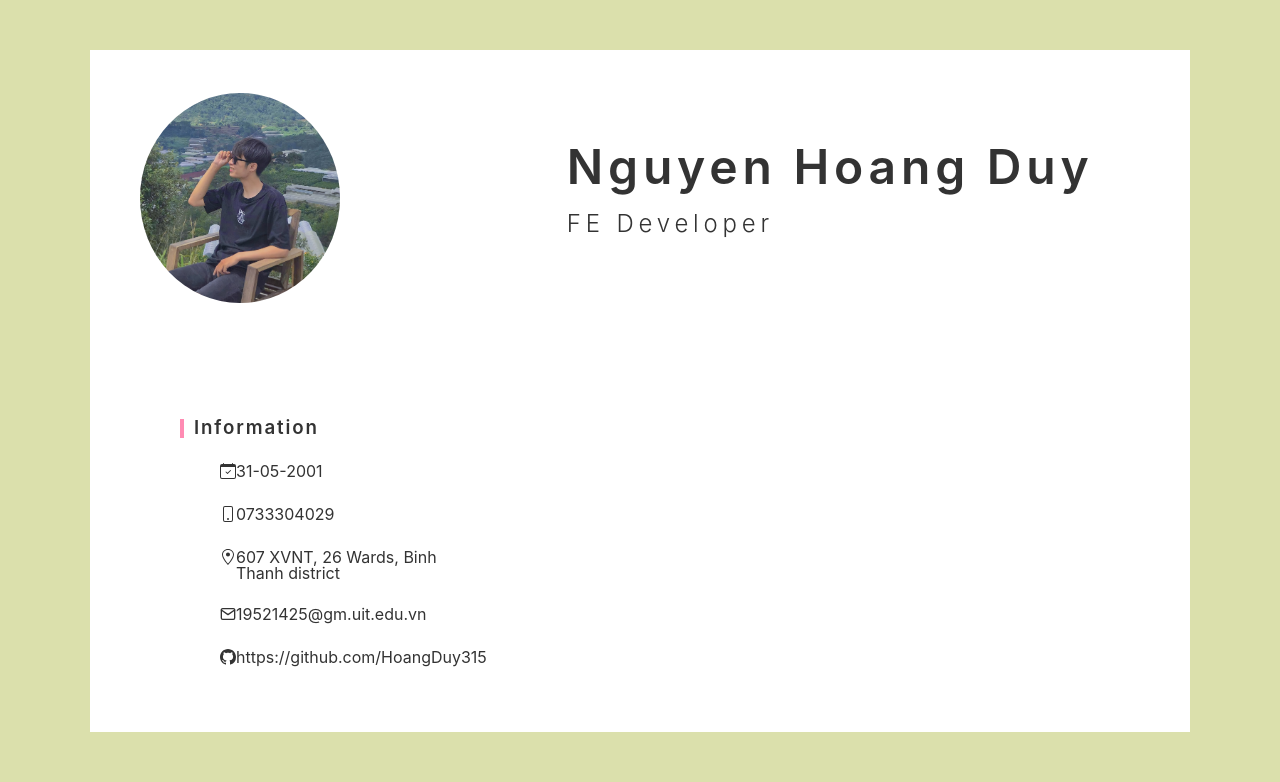
Repository: HoangDuy315/HW_TVK
Page: / (app in hw3cv/)
An editor plug-in stored every save of this project. The page is shown before and after the next save, followed by the edit.
The browser window is 1280 px wide. The pictures show the whole page.
The project was rebuilt for these pictures with package versions that can differ from the ones it lists, and the page was loaded fresh each time. Also part of the build but not shown: hw3cv/src/App.css.

Above is the page before, as saved 2022-11-02 12:12:37.

### hw3cv/src/App.js
import "./App.css";
import Cv from "./components/Cv";

function App() {
  return (
    <>
      <Cv />
    </>
  );
}

export default App;

### hw3cv/src/components/Cv.jsx
import React from "react";
import "./Cv.css";
import logo from "../assets/123.JPG";
import { BsCalendarCheck, BsPhone } from "react-icons/bs";
import { GoLocation } from "react-icons/go";
import { FiMail } from "react-icons/fi";
import { BsGithub } from "react-icons/bs";

const Cv = () => {
  return (
    <div className="bdy">
      <div className="container">
        <div className="top">
          <div className="imgbx">
            <div className="box">
              <img src={logo} className="duy" alt="" />
            </div>
          </div>
          <div className="profile">
            <h3>
              Nguyen Hoang Duy <br /> <span>FE Developer</span>
            </h3>
          </div>

          <div className="contentBox">
            <div className="leftSide">
              <h3>Information</h3>
              <ul>
                <li>
                  <span className="icon">
                    <BsCalendarCheck />
                  </span>
                  <span className="text">31-05-2001</span>
                </li>
                <li>
                  <span className="icon">
                    <BsPhone />
                  </span>
                  <span className="text">0733304029</span>
                </li>
                <li>
                  <span className="icon">
                    <GoLocation />
                  </span>
                  <span className="text">
                    607 XVNT, 26 Wards, Binh Thanh district
                  </span>
                </li>
                <li>
                  <span className="icon">
                    <FiMail />
                  </span>
                  <span className="text">19521425@gm.uit.edu.vn</span>
                </li>
                <li>
                  <span className="icon">
                    <BsGithub />
                  </span>
                  <span className="text">https://github.com/HoangDuy315</span>
                </li>
              </ul>
            </div>
          </div>
        </div>
      </div>
    </div>
  );
};

export default Cv;

### hw3cv/src/components/Cv.css
body {
  background: rgb(219, 224, 172);
}

#toggle {
  position: fixed;
  top: 20px;
  right: 20px;
  width: 60px;
  height: 60px;
  background: #03a9f4;
  cursor: pointer;
  display: flex;
  justify-content: center;
  align-items: center;
}

#toggle::before {
  content: "";
  position: absolute;
  width: 28px;
  height: 2px;
  background: #fff;
  transform: translateY(-5px);
  transition: 0.2s;
}

#toggle::after {
  content: "";
  position: absolute;
  width: 28px;
  height: 2px;
  background: #fff;
  transform: translateY(5px);
  transition: 0.2s;
}

#toggle.active::before {
  transform: translateY(0px) rotate(45deg);
}

#toggle.active::after {
  transform: translateY(0px) rotate(-45deg);
}

#sidebar {
  position: fixed;
  top: 0;
  left: -170px;
  width: 170px;
  height: 100vh;
  background: #ff8bb3;
  transition: 0.5s;
}

#sidebar.active {
  left: 0px;
}

#sidebar ul {
  position: relative;
  margin-top: 130px;
}

#sidebar ul li {
  list-style: none;
  display: inline-block;
  width: 100%;
  padding: 30px;
  margin-left: -35px;
  font-size: 18px;
  font-weight: bold;
  transition: all 0.5s ease;
}

#sidebar ul li:hover {
  transform: scale(1.3);
}

#sidebar ul li a {
  color: #fff;
  text-decoration: none;
  font-style: 1.5em;
  letter-spacing: 2px;
}

/* =========================================================== */
.bdy {
  display: flex;
  justify-content: center;
  align-items: center;
}

.container {
  position: relative;
  width: 100%;
  max-width: 1000px;
  background: #fff;
  margin: 50px;
  /* box-shadow: 0 50px 70px rgba(0, 0, 0, 0.1); */
  border-left: 50px solid #fff;
  border-right: 50px solid #fff;
}

.container .top {
  position: relative;
  display: grid;
  grid-template-columns: 1fr 2fr;
}

.container .top .imgbx {
  position: relative;
  width: 100%;
  display: flex;
  align-items: center;
}

.container .top .imgbx .box {
  position: relative;
  width: 70%;
  min-width: 200px;
  border-radius: 50%;
}

.container .contentBox {
  position: relative;
  display: grid;
  grid-template-columns: 1fr 2fr;
  padding: 0 40px 40px;
  margin-top: 50px;
}

.container .contentBox h3 {
  border-left: 4px solid #ff8bb3;
  padding-left: 10px;
  line-height: 1em;
  font-weight: 600;
  color: #333;
  letter-spacing: 0.1em;
}

.container .contentBox ul {
  position: relative;
  margin: 10px 0;
}

.container .contentBox ul li {
  list-style: none;
  margin: 25px 0;
  line-height: 1em;
  color: #333;
  cursor: pointer;
  display: flex;
}

.container .contentBox ul li ion-icon {
  font-size: 1.2em;
  margin-right: 10px;
  color: #3590d2;
}

.text {
  gap: 10px;
}

.container .contentBox ul.education li {
  flex-direction: column;
  margin: 25px 0;
}
h5 {
  color: #3590d2;
}
h4 {
  color: #333;
  font-weight: 500;
  margin: 5px 0;
}
h6 {
  color: #666;
  font-weight: 300;
  font-size: 1em;
}
.language li {
  flex-direction: column;
}
.language li span {
  color: #333;
  font-size: 16px;
  font-weight: 500;
}
.language .percent {
  position: relative;
  width: 100%;
  background: #e3e3e3;
  height: 6px;
  margin-top: 15px;
  display: block;
  overflow: hidden;
}

.language .percent div {
  position: absolute;
  top: 0;
  left: 0;
  height: 100%;
  background: #3590d2;
}
.container .contentBox ul.interest {
  position: relative;
  display: grid;
  grid-template-columns: 1fr 1fr;
}
.container .contentBox ul.interest li {
  display: flex;
  align-items: center;
  gap: 10px;
  margin: 20px 0;
}
.container .contentBox ul.interest li .icon {
  position: relative;
  width: 40px;
  height: 40px;
  background: #3590d2;
  color: #fff;
  border-radius: 5px;
  display: flex;
  justify-content: center;
  align-items: center;
}
.container .contentBox ul.interest li .icon ion-icon {
  color: #fff;
  margin-right: 0;
}
p {
  font-style: 300;
}
.rightSide {
  padding-left: 100px;
}
.about .box {
  display: flex;
  flex-direction: row;
  margin: 20px;
}
.about .box .year_company {
  min-width: 150px;
  margin-bottom: 10px;
}
.about .box .year_company .h5:nth-child(1) {
  color: #3590d2;
}
.about .box .text h4 {
  color: #3590d2;
  font-size: 16px;
  margin: 0;
}

.about_skill .box {
  position: relative;
  width: 100%;
  display: grid;
  grid-template-columns: 150px 1fr;
  justify-content: center;
  align-items: center;
}
.about_skill .box h4 {
  color: #333;
  font-weight: 500;
  margin-bottom: 5px;
}
.about_skill .box .percent {
  position: relative;
  width: 100%;
  height: 10px;
  background: #e3e3e3;
}
.about_skill .box .percent div {
  position: relative;
  top: 0;
  left: 0;
  height: 100%;
  background: #3590d2;
}

.duy {
  color: blue;
  position: relative;
  width: 70%;
  min-width: 200px;
  border-radius: 50%;
  overflow: hidden;
}

.container .top .profile {
  position: relative;
  padding: 40px;
  display: flex;
  align-items: center;
}

.container .top .profile h3 {
  font-size: 3em;
  letter-spacing: 0.1em;
  line-height: 1.2em;
  font-weight: 600;
  color: #333;
}

.container .top .profile h3 span {
  position: relative;
  font-size: 0.5em;
  font-weight: 300;
  top: -10px;
}

Loaded but not shown: hw3cv/public/index.html (common file); hw3cv/src/index.js (common file); hw3cv/src/index.css (common file)

After the next save:
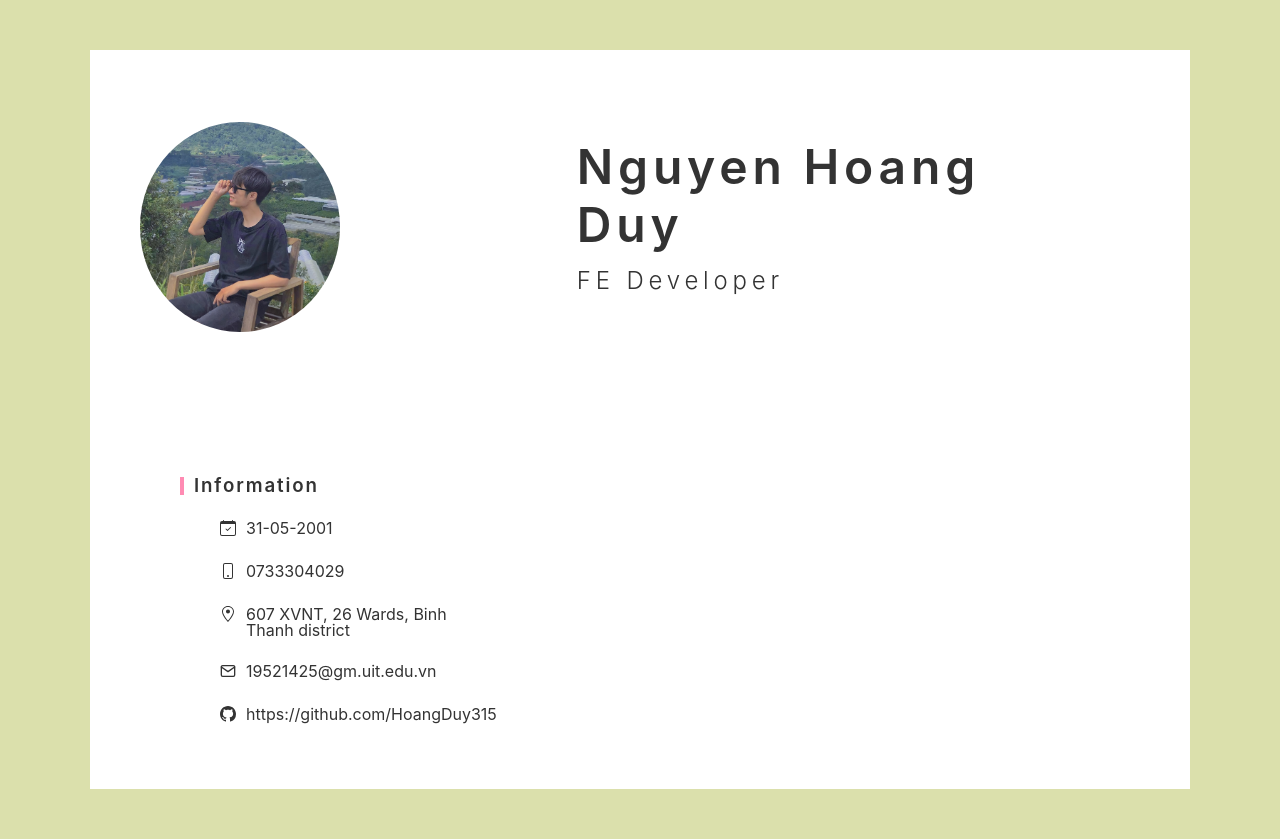
Saved 6 s later.
--- a/hw3cv/src/components/Cv.css
+++ b/hw3cv/src/components/Cv.css
@@ -160,7 +160,7 @@ body {
 }
 
 .text {
-  gap: 10px;
+  margin-left: 10px;
 }
 
 .container .contentBox ul.education li {
